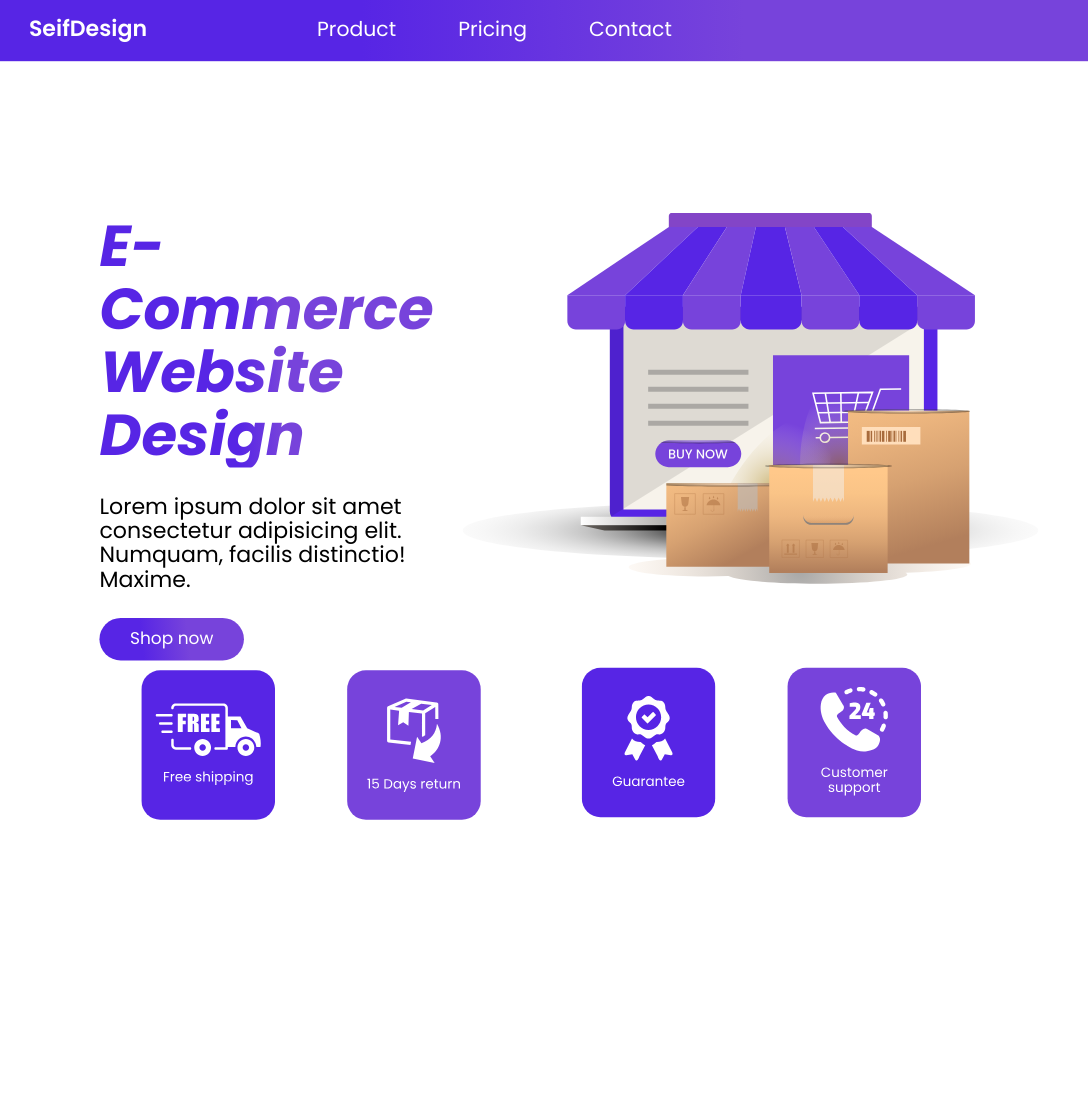
Repository: NatiqSamiyev/commers-desing-JS
Page: index.html
These files come from the project's save history. The page is drawn as it stood at one moment and after the next save; the edit follows.
The browser window is 1280 px wide. The pictures show the whole page, at 85% of full size.
Some web fonts or font styles are not loaded; a fallback is used.

Above is the page before, as saved 2023-11-06 11:31:28.

After the next save:
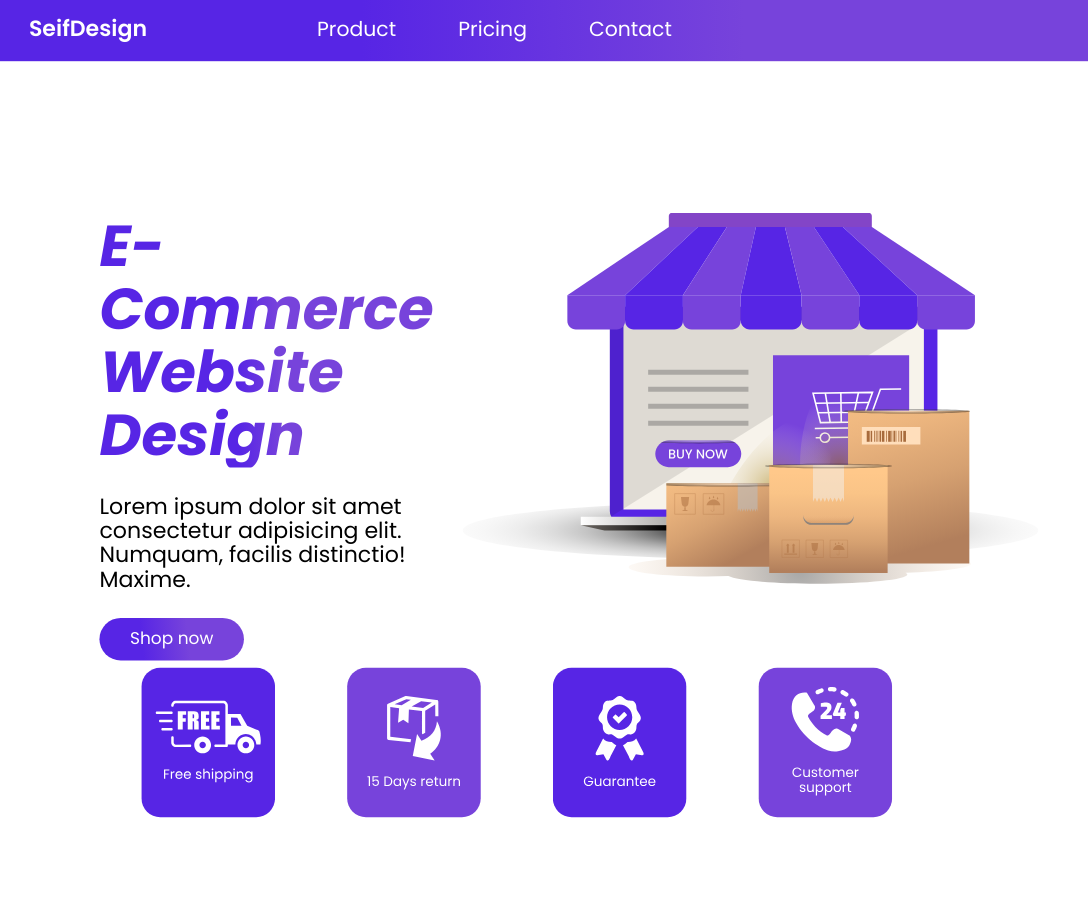
Saved 16 s later.
--- a/index.css
+++ b/index.css
@@ -71,7 +71,7 @@ main .image-container{
   justify-content: space-between;
 }
 
- .box-1 {
+main .image-container .box-1 {
   padding: 3px 34px;
   height: 403px;
 }
